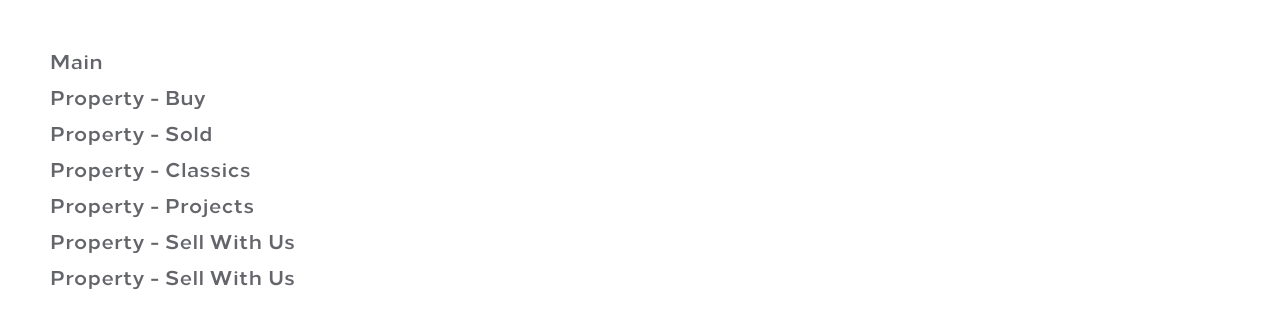
Repository: TarasDutchak/srb
Page: sitemap.html
The author's editor kept a copy of each file at every save. The page is drawn from the files as they stood at one save, then again after the next save.
The browser window is 1280 px wide. The pictures show the whole page.

Above is the page before, as saved 2024-07-24 08:21:40.
Console error: ReferenceError: Swiper is not defined

### sitemap.html
<!DOCTYPE html>
<html lang="en">

<head>
    <meta charset="UTF-8">
    <meta name="viewport" content="width=device-width, initial-scale=1.0">
    <title>Pages</title>
    <link rel="stylesheet" href="css/lib/bootstrap-grid.min.css">
    <link rel="stylesheet" href="css/lib/select2.css">
    <link rel="stylesheet" href="css/lib/aos.css">
    <link rel="stylesheet" href="css/style.css">
</head>

<body class="p0">
    <div class="sitemap">
        <ul>
            <li><a href="index.html" target="_blank">Main</a></li>
            <li><a href="buy.html" target="_blank">Property - Buy</a></li>
            <li><a href="sold.html" target="_blank">Property - Sold</a></li>
            <li><a href="classics.html" target="_blank">Property - Classics</a></li>
            <li><a href="projects.html" target="_blank">Property - Projects</a></li>
            <li><a href="sellwithus.html" target="_blank">Property - Sell With Us</a></li>
            <li><a href="product.html" target="_blank">Property - Sell With Us</a></li>


        </ul>
    </div>





    <style>
        .sitemap {
            padding: 50px;
        }

        ul {
            list-style-type: none;
            margin: 0;
            padding: 0;
        }

        li {
            margin-bottom: 10px;
        }

        a {
            font-weight: 600;
            font-size: 20px;
            color: #64656a;
            letter-spacing: 0.54px;
        }
    </style>

    <script src="js/lib/jquery.js"></script>
    <script src="js/lib/select2.js"></script>
    <script src="js/lib/aos.js"></script>
    <script src="js/main.js"></script>
</body>

</html>

<!-- containersect -->

### js/main.js
$(document).ready(function () {
    // AOS
    AOS.init({
        once: true,
        offset: -50,
        duration: 800,
        easing: "ease-in-out",
    });

    // styled selects
    if ($('select').length) {
        $('.styledselect').select2({
            // placeholder: "Project Type*",
            minimumResultsForSearch: Infinity,
        });
    }

    $(".button_su_inner").mouseenter(function (e) {
        var parentOffset = $(this).offset();

        var relX = e.pageX - parentOffset.left;
        var relY = e.pageY - parentOffset.top;
        $(this).prev(".su_button_circle").css({ "left": relX, "top": relY });
        $(this).prev(".su_button_circle").removeClass("desplode-circle");
        $(this).prev(".su_button_circle").addClass("explode-circle");

    });

    $(".button_su_inner").mouseleave(function (e) {

        var parentOffset = $(this).offset();

        var relX = e.pageX - parentOffset.left;
        var relY = e.pageY - parentOffset.top;
        $(this).prev(".su_button_circle").css({ "left": relX, "top": relY });
        $(this).prev(".su_button_circle").removeClass("explode-circle");
        $(this).prev(".su_button_circle").addClass("desplode-circle");

    });

    // remove body class
    function removeLoadPageClass() {
        if (document.body.classList.contains('loadpage')) {
            document.body.classList.remove('loadpage');
        }
    }
    setTimeout(removeLoadPageClass, 4000);
    window.addEventListener('scroll', function () {
        if (window.scrollY > 0) {
            removeLoadPageClass();
        }
    });
    // burger

    $('.burger').click(function () {
        $(this).toggleClass('on');
        const nav = $('.header.header nav');
        nav.toggleClass('show');

        if (nav.hasClass('show')) {
            const items = nav.find('ul > li');
            items.each(function (index) {
                setTimeout(() => {
                    $(this).css({
                        'opacity': '1',
                        'transform': 'translateX(0)'
                    });
                }, index * 100); // Затримка між кожним елементом
            });
        } else {
            const items = nav.find('ul > li');
            items.css({
                'opacity': '0',
                'transform': 'translateX(10px)'
            });
        }
    });

    // filter button
    $('.filterbtn').click(function () {
        $('.filtersection__form').toggleClass('active');
    });

    // scroll to
    $(".scrollnext").on("click", function (event) {
        event.preventDefault();
        var id = $(this).attr('href'),
            top = $(id).offset().top - 70;
        $('body,html').animate({ scrollTop: top }, 800);
    });




    // PROJECTS - slider
    var swiper = new Swiper(".projectsslider", {
        slidesPerView: 1,
        spaceBetween: 20,
        loop: true,
        pagination: {
            el: ".swiper-pagination",
            clickable: true,
        },
        breakpoints: {

            991: {
              slidesPerView: 3,
              spaceBetween: 30,
            },
          },
    });


})

Loaded but not shown: css/lib/bootstrap-grid.min.css (library); css/lib/select2.css (library); css/lib/aos.css (library); css/style.css (library); js/lib/jquery.js (library); js/lib/select2.js (library); js/lib/aos.js (library)

After the next save:
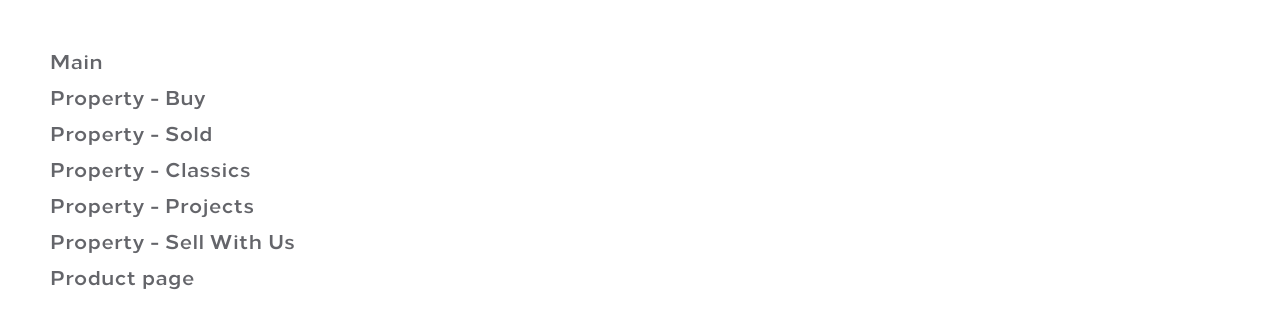
Saved 6 s later.
--- a/sitemap.html
+++ b/sitemap.html
@@ -20,7 +20,7 @@
             <li><a href="classics.html" target="_blank">Property - Classics</a></li>
             <li><a href="projects.html" target="_blank">Property - Projects</a></li>
             <li><a href="sellwithus.html" target="_blank">Property - Sell With Us</a></li>
-            <li><a href="product.html" target="_blank">Property - Sell With Us</a></li>
+            <li><a href="product.html" target="_blank">Product page</a></li>
 
 
         </ul>
